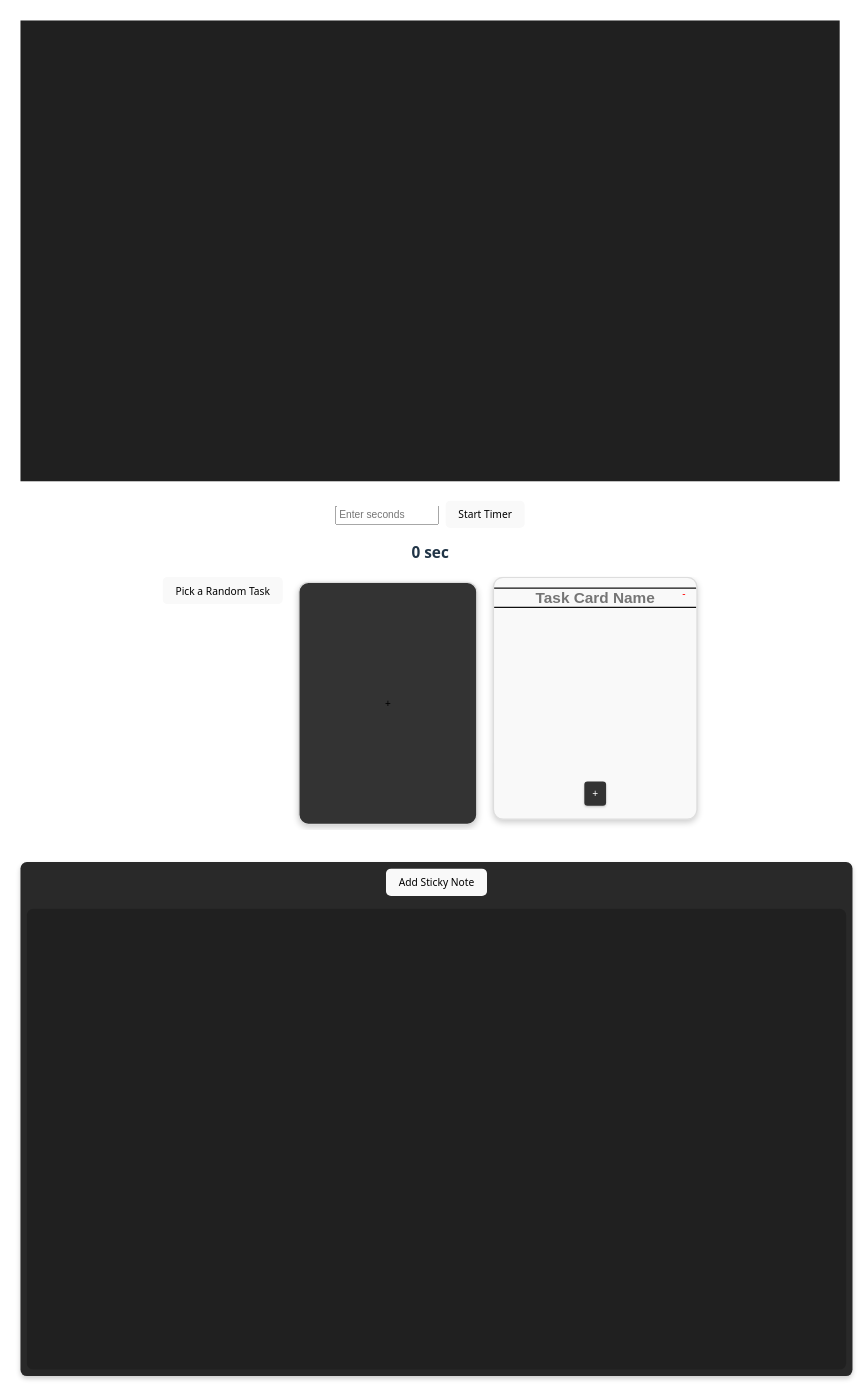
Repository: RamSivaSundaraKarthykeyan/Cards-Task
Page: /, after clicking the first element matching `button.task-card-add-button`
These files come from the project's save history. The page is drawn as it stood at one moment and after the next save; the edit follows.
The browser window is 1280 px wide. The page is 1344 px wide, so the pictures cover 1344 px, including what lies to the right of the window. The pictures show the whole page, at 64% of full size.
The project was rebuilt for these pictures with package versions that can differ from the ones it lists, and the page was loaded fresh each time. Also part of the build but not shown: vite.config.js, src/CSS/checkBox.css, src/components/CheckBox.jsx.

Above is the page before, as saved 2025-04-17 06:24:10.

### index.html
<!doctype html>
<html lang="en">
  <head>
    <meta charset="UTF-8" />
    <link rel="icon" type="image/svg+xml" href="/vite.svg" />
    <meta name="viewport" content="width=device-width, initial-scale=1.0" />
    <title>New To-Do</title>
  </head>
  <body>
    <div id="root"></div>
    <script type="module" src="/src/main.jsx"></script>
  </body>
</html>

### src/main.jsx
import React, { StrictMode } from "react";
import { createRoot } from "react-dom/client";
import "./CSS/index.css";
import App from "./App.jsx";

createRoot(document.getElementById("root")).render(
  <StrictMode>
    <App />
  </StrictMode>
);

### src/App.jsx
import React from "react";
import "./CSS/App.css";
import Deck from "./components/Deck.jsx";
import { TaskCardProvider } from "./context/TaskCardContext.jsx";
import Timer from "./components/Timer.jsx";
import StickyNotes from "./components/StickyNotes.jsx";

function App() {
  return (
    <>
      <div className="app-container"></div>
      <div className="sidebar">
        <Timer />
      </div>
      <div className="main-content">
        <TaskCardProvider>
          <Deck />
        </TaskCardProvider>
      </div>
      <div className="sticky-note">
        <StickyNotes />
      </div>
    </>
  );
}

export default App;

### src/CSS/App.css
#root {
  max-width: 1280px;
  margin: 0 auto;
  padding: 2rem;
  text-align: center;
}

.logo {
  height: 6em;
  padding: 1.5em;
  will-change: filter;
  transition: filter 300ms;
}
.logo:hover {
  filter: drop-shadow(0 0 2em #646cffaa);
}
.logo.react:hover {
  filter: drop-shadow(0 0 2em #61dafbaa);
}

@keyframes logo-spin {
  from {
    transform: rotate(0deg);
  }
  to {
    transform: rotate(360deg);
  }
}

@media (prefers-reduced-motion: no-preference) {
  a:nth-of-type(2) .logo {
    animation: logo-spin infinite 20s linear;
  }
}

.card {
  padding: 2em;
}

.read-the-docs {
  color: #888;
}

.app-container {
  display: flex;
  flex-direction: row;
  /* Left-to-right layout */
  width: 100vw;
  height: 100vh;
  background-color: #202020;
  /* Same dark background */
}

.main-content {
  flex: 1;
  /* Takes up remaining width */
  position: relative;
  overflow: hidden;
  /* Keep notes within the screen, or remove if you want scroll */
}

.sticky-note {
  margin-top: 50px;
  position: relative;
  /* Stays where you place it via top/left */
  width: 100%;
  /* Or any narrower size */
  min-height: 150px;
  background: #292929;
  /* The note’s color */
  padding: 10px;
  box-shadow: 0 4px 8px rgba(0, 0, 0, 0.2);
  cursor: move;
  user-select: none;
  border-radius: 10px;
  overflow: "hidden",
}

.sticky-note textarea {
  width: 100%;
  height: 100%;
  background: transparent;
  border: none;
  resize: none;
  outline: none;
  color: #000000;
  font-size: 14px;
}

### src/components/Deck.jsx
import React, { useRef, useEffect } from "react";
import TaskCard from "./TaskCard.jsx";
import { useTaskCardContext } from "../context/TaskCardContext.jsx";
import "../CSS/Deck.css";

function Deck() {
  const {
    taskCards,
    addTaskCard,
    removeTaskCard,
    pickRandomTaskCard,
    selectedTaskId,
  } = useTaskCardContext();

  const inputRef = useRef({});

  const handleAddTaskCard = () => {
    const newId =
      taskCards.length === 0 ? 1 : taskCards[taskCards.length - 1].id + 1;
    addTaskCard({ id: newId });
    inputRef.current[newId] = React.createRef();
  };

  const handlePickRandomTaskCard = () => {
    const randomTaskCard = pickRandomTaskCard();
    if (randomTaskCard) {
      alert(`random Task Card:\nIDl: ${randomTaskCard.id}`);
    } else {
      alert(`No Task Cards Available!`);
    }
  };

  useEffect(() => {
    if (taskCards.length > 0) {
      const lastTaskCard = taskCards[taskCards.length - 1];
      inputRef.current[lastTaskCard.id]?.current?.focus();
    }
  }, [taskCards]);

  return (
    <div
      style={{ display: "flex", flexWrap: "wrap", gap: "16px" }}
      className="deck"
    >
      <button onClick={handlePickRandomTaskCard}> Pick a Random Task </button>
      <button className="task-card-add-button" onClick={handleAddTaskCard}>
        +
      </button>
      {taskCards.map((tc) => (
        <TaskCard
          id={tc.id}
          key={tc.id}
          removeTask={() => removeTaskCard(tc.id)}
          inputRef={inputRef.current[tc.id]}
          isSelected={tc.id === selectedTaskId}
        />
      ))}
    </div>
  );
}

export default Deck;

### src/context/TaskCardContext.jsx
import React, { createContext, useContext, useState } from "react";

const TaskCardContext = createContext();

export function TaskCardProvider({ children }) {
  const [taskCards, setTaskCards] = useState([]);
  const [selectedTaskId, setSelectedTaskId] = useState(null);

  const addTaskCard = (taskCard) => setTaskCards((prev) => [...prev, taskCard]);
  const removeTaskCard = (id) =>
    setTaskCards((prev) => prev.filter((tc) => tc.id !== id));

  const pickRandomTaskCard = () => {
    if (taskCards.length === 0) return null;
    const randomIndex = Math.floor(Math.random() * taskCards.length);
    const randomCard = taskCards[randomIndex];
    setSelectedTaskId(randomCard.id);
    return randomCard;
  };

  return (
    // any component that consumes this context will have access to these value objects
    <TaskCardContext.Provider
      value={{
        taskCards,
        addTaskCard,
        removeTaskCard,
        pickRandomTaskCard,
        selectedTaskId,
      }}
    >
      {children}
    </TaskCardContext.Provider>
  );
}

export function useTaskCardContext() {
  return useContext(TaskCardContext);
}

### src/components/Timer.jsx
import React, { useState, useEffect, useRef } from "react";

function Timer() {
  // State to hold the remaining time (in seconds)
  const [time, setTime] = useState(0);
  // State to store the input value from the user
  const [inputValue, setInputValue] = useState("");
  // State to indicate if the timer is running
  const [isRunning, setIsRunning] = useState(false);

  // Ref to store the timer id from setTimeout so it can be cleared if needed
  const timerRef = useRef(null);
  // Ref to store the audio element so we can trigger playback
  const audioRef = useRef(null);

  // useEffect to handle the countdown
  useEffect(() => {
    // If the timer is running and time is not zero, schedule a timeout to decrease time by one second.
    if (isRunning && time > 0) {
      timerRef.current = setTimeout(() => {
        setTime(time - 1);
      }, 1000);
    }
    // When the time reaches zero while the timer is running, play the sound and stop the timer.
    else if (isRunning && time === 0) {
      // Play the sound if the audio element is ready
      if (audioRef.current) {
        audioRef.current.play();
      }
      setIsRunning(false);
    }
    // Cleanup function to clear the timeout if the component re-renders or unmounts.
    return () => clearTimeout(timerRef.current);
  }, [isRunning, time]);

  // Function to start the timer based on the user input
  const startTimer = () => {
    // Convert the input value to an integer (assuming the input is in seconds)
    const seconds = parseInt(inputValue, 10);
    if (!isNaN(seconds) && seconds > 0) {
      setTime(seconds);
      setIsRunning(true);
    }
  };

  return (
    <div style={{ textAlign: "center", marginTop: "30px" }}>
      <input
        type="number"
        value={inputValue}
        onChange={(e) => setInputValue(e.target.value)}
        placeholder="Enter seconds"
        style={{ fontSize: "16px", padding: "4px", width: "150px" }}
      />
      <button
        onClick={startTimer}
        style={{ marginLeft: "10px", fontSize: "16px" }}
      >
        Start Timer
      </button>
      <h2 style={{ marginTop: "20px" }}>{time} sec</h2>
      {/* Audio element plays sound when time is up. Ensure sound.mp3 is available in your public folder or change the src to a valid URL */}
      <audio ref={audioRef}>
        <source src="/alarm.mp3" type="audio/mpeg" />
        Your browser does not support the audio element.
      </audio>
    </div>
  );
}

export default Timer;

### src/components/StickyNotes.jsx
import React, { useState, useEffect, useRef } from "react";
import "../CSS/StickyNotes.css";

function StickyNotes() {
  const [notes, setNotes] = useState([]);
  const [draggingId, setDraggingId] = useState(null);
  const [offset, setOffset] = useState({ x: 0, y: 0 });
  const textareaRefs = useRef({});

  const addNote = () => {
    const newNote = {
      id: Date.now(),
      content: "",
      x: 50,
      y: 50,
    };
    setNotes([...notes, newNote]);

    setTimeout(() => {
      textareaRefs.current[newNote.id]?.focus();
    }, 0);
  };

  const handleMouseDown = (e, id) => {
    const note = notes.find((n) => n.id === id);
    if (note) {
      setDraggingId(id);
      setOffset({
        x: e.clientX - note.x,
        y: e.clientY - note.y,
      });
    }
  };

  const removeSN = (id) => {
    setNotes((prev) => prev.filter((sn) => sn.id !== id));
  };

  useEffect(() => {
    const handleMouseMove = (e) => {
      if (draggingId !== null) {
        setNotes((prevNotes) =>
          prevNotes.map((note) =>
            note.id === draggingId
              ? { ...note, x: e.clientX - offset.x, y: e.clientY - offset.y }
              : note
          )
        );
      }
    };

    const handleMouseUp = () => {
      setDraggingId(null);
    };

    if (draggingId !== null) {
      document.addEventListener("mousemove", handleMouseMove);
      document.addEventListener("mouseup", handleMouseUp);
    }

    return () => {
      document.removeEventListener("mousemove", handleMouseMove);
      document.removeEventListener("mouseup", handleMouseDown);
    };
  }, [draggingId, offset]);

  const updateContent = (id, content) => {
    setNotes((prevNotes) =>
      prevNotes.map((note) => (note.id === id ? { ...note, content } : note))
    );
  };

  return (
    <div>
      <button onClick={addNote} style={{ marginBottom: "20px" }}>
        Add Sticky Note
      </button>
      <div
        style={{
          position: "relative",
          height: "100vh",
          border: "none",
          background: "#202020",
          borderRadius: "10px",
          overflow: "hidden",
        }}
      >
        {notes.map((note) => (
          <div
            key={note.id}
            onMouseDown={(e) => handleMouseDown(e, note.id)}
            style={{
              position: "absolute",
              top: note.y,
              left: note.x,
              width: "200px",
              minHeight: "150px",
              background: "yellow",
              padding: "10px",
              cursor: "move",
              boxShadow: "0 4px 8px rgba(0,0,0,0.2)",
              userSelect: "none",
            }}
          >
            <textarea
              ref={(el) => (textareaRefs.current[note.id] = el)}
              value={note.content}
              onChange={(e) => updateContent(note.id, e.target.value)}
              placeholder="Enter your note"
              style={{
                width: "100%",
                height: "100%",
                background: "transparent",
                border: "none",
                resize: "none",
                outline: "none",
                color: "black",
              }}
            />
            <button className="remove-button" onClick={() => removeSN(note.id)}>
              x
            </button>
          </div>
        ))}
      </div>
    </div>
  );
}

export default StickyNotes;

### src/components/TaskCard.jsx
import React, { useState, useEffect, useRef } from "react";
import CheckBox from "./CheckBox.jsx";
import "../CSS/TaskCard.css";

function TaskCard({ id, removeTask, inputRef, isSelected }) {
  const [checkBoxes, setCheckBoxes] = useState([]);
  const [text, setText] = useState([""]); // the text state is an array that holds the text each checkBox
  const [headerText, setHeaderText] = useState("");
  const [checkBoxStatus, setCheckBoxStatus] = useState([]);
  const checkBoxRefs = useRef({});

  const addCheckBox = () => {
    const newId =
      checkBoxes.length === 0 ? 1 : checkBoxes[checkBoxes.length - 1].id + 1;
    setCheckBoxes([...checkBoxes, { id: newId }]);
    setText([...text, ""]); // the spread operator ... copies the current "text" array and appends a new empty string""
    setCheckBoxStatus([...checkBoxStatus, false]);
    checkBoxRefs.current[newId] = React.createRef();
  };

  const deleteCheckBox = (cbId) => {
    const index = checkBoxes.findIndex((cb) => cb.id === cbId);
    const updatedCheckBox = checkBoxes.filter((cb) => cb.id !== cbId);
    setCheckBoxes(updatedCheckBox);

    // It is a comman convention in JS to indicate that the parameter is unused,
    //  we use it here because we dont actually need the value of the element so it is used as a placeholder
    // "_" represents the current element of the array during iteration, "index" it is the index of the element in the array
    const updatedText = text.filter((_, index) => index !== id - 1);
    setText(updatedText);
    setCheckBoxStatus(checkBoxStatus.filter((_, i) => i !== index));

    delete checkBoxRefs.current[id];
  };

  const updatedText = (cbId, value) => {
    const index = checkBoxes.findIndex((cb) => cb.id === cbId);
    setText((prevText) => {
      const newText = [...prevText];
      newText[index] = value;
      return newText;
    });
  };

  const handleToggleCheckBox = (cbId) => {
    const index = checkBoxes.findIndex((cb) => cb.id === cbId);
    setCheckBoxStatus((prevStatus) => {
      const newStatus = [...prevStatus];
      newStatus[index] = !newStatus[index];
      return newStatus;
    });
  };

  const isCompleted =
    checkBoxes.length > 0 && checkBoxStatus.every((status) => status);

  useEffect(() => {
    if (checkBoxes.length > 0) {
      const lastCheckBox = checkBoxes[checkBoxes.length - 1];
      checkBoxRefs.current[lastCheckBox.id]?.current?.focus();
    }
  }, [checkBoxes]);

  if (isCompleted) {
    return (
      <div className={`task-card completed ${isSelected ? "selected" : ""}`}>
        <div className="completed-screen">
          <h3>Task Completed!</h3>
          <p>{headerText ? headerText : "No Title"}</p>
          <button onClick={removeTask}>Remove Task</button>
        </div>
      </div>
    );
  }

  return (
    <div
      className={`task-card ${isSelected ? "selected" : ""}`}
      style={isSelected ? { border: "2px solid #7ed67e" } : {}}
    >
      <label>
        <input
          type="text"
          placeholder="Task Card Name"
          value={headerText}
          onChange={(e) => setHeaderText(e.target.value)}
          className="card-title"
          style={{ borderBottom: "2px solid #rgb(0, 0, 0)" }}
          ref={inputRef}
        />
        <button className="remove-button" onClick={removeTask}>
          -
        </button>
      </label>

      <div className="checkbox-container">
        {checkBoxes.map((cb, index) => (
          <CheckBox
            id={cb.id}
            key={cb.id}
            removeCheckBox={() => deleteCheckBox(cb.id)}
            updatedText={(value) => updatedText(cb.id, value)}
            inputRef={checkBoxRefs.current[cb.id]}
            checked={checkBoxStatus[index] || false}
            onToggle={() => handleToggleCheckBox(cb.id)}
          />
        ))}
      </div>

      <button className="add-check-box-button" onClick={addCheckBox}>
        +
      </button>
    </div>
  );
}

export default TaskCard;

### src/CSS/Deck.css
.task-card-add-button {
    width: 280px;
    height: 380px;
    margin: 8px;
    display: flex;
    justify-content: center;
    align-items: center;
    border: 2px solid #ddd;
    border-radius: 16px;
    background: #333;
    box-shadow: 0 4px 10px rgba(0, 0, 0, 0.2);
    cursor: pointer;
    box-sizing: border-box;
}

.task-card-add-button:hover {
    transform: perspective(600px) rotateX(2deg);
    box-shadow: 0 6px 12px rgba(0, 0, 0, 0.2);
}

.deck {
    display: flex;
    flex-wrap: wrap;
    gap: 16px;
    justify-content: center;
    align-items: flex-start;
}

### src/CSS/StickyNotes.css
.remove-button{
    position: absolute;
    top: 5px;
    right:5px;
    background-color: transparent;
    border: none;
    color: red;
    box-shadow: none;
    cursor: pointer;
    font-size: 16px;
}

### src/CSS/TaskCard.css
.task-card {
    position: relative;
    width: 320px;
    height: 380px;
    justify-content: space-between;
    background: #f9f9f9;
    border: 2px solid #ddd;
    border-radius: 16px;
    display: flex;
    flex-direction: column;
    align-items: center;
    box-shadow: 0 4px 10px rgba(0, 0, 0, 0.2);
    padding: 20px;
    box-sizing: border-box;
    overflow-y: hidden;
    /* Initially hides the scrollbar */
    overflow-x: hidden;
    transition: overflow 0.2s ease;
    /* Smooth transition for hover effect */
}

.task-card:hover {
    overflow-y: auto;
    box-shadow: 0 6px 12px rgba(0, 0, 0, 0.2);
    transform: perspective(600px) rotateX(2deg);
}

.card-title {
    position: absolute;
    top: 16px;
    left: 50%;
    transform: translateX(-50%);
    font-size: 24px;
    font-family: 'Poppins', sans-serif;
    font-weight: bold;
    border-radius: 8px;
    text-align: center;
    width: auto;
    border: none;
    background-color: transparent;
    color: #333;
    margin-bottom: 25px;
}

.checkbox-container {
    display: flex;
    flex-direction: column;
    align-items: flex-start;
    gap: 10px;
    padding: 16px 8px;
    margin-top: 60px;
    /* Added margin to prevent overlap */
}

.checkbox-container input[type="checkbox"] {
    width: 16px;
    height: 16px;
    accent-color: #d63b3b;
    cursor: pointer;
}

.checkbox-container label {
    display: flex;
    align-items: center;
    gap: 8px;
    font-size: 14px;
}

.remove-button {
    position: absolute;
    top: 16px;
    right: 16px;
    background: #333;
    color: #fff;
    border: none;
    border-radius: 5px;
    padding: 8px 12px;
    font-size: 16px;
    cursor: pointer;
    box-shadow: 0 2px 4px rgba(0, 0, 0, 0.2);
}

.add-check-box-button {
    margin-top: 20px;
    background: #333;
    color: #fff;
    border: none;
    border-radius: 5px;
    padding: 8px 12px;
    font-size: 16px;
    cursor: pointer;
    box-shadow: 0 2px 4px rgba(0, 0, 0, 0.2);
}

.task-card::-webkit-scrollbar {
    width: 8px;
    /* Width of the scrollbar */
}

.task-card::-webkit-scrollbar-thumb {
    background: linear-gradient(45deg, #ff6f61, #d63b3b);
    /* Gradient color for the scrollbar thumb */
    border-radius: 4px;
    /* Rounded edges */
}

.task-card::-webkit-scrollbar-thumb:hover {
    background: linear-gradient(45deg, #d63b3b, #ff6f61);
    /* Change color on hover */
}

.task-card::-webkit-scrollbar-track {
    background: #f1f1f1;
    /* Light background for the scrollbar track */
    border-radius: 4px;
    /* Rounded edges */
}

.task-card.completed {
    border: 2px solid green;
    background-color: #7ed67e;
    color: #d63b3b;
}

.task-card.selected {
    /* Style for a selected task card */
    border-color: red;
    color: #d63b3b;
}

.completed-screen {
    text-align: center;
}

Loaded but not shown: src/index.css (common file)

After the next save:
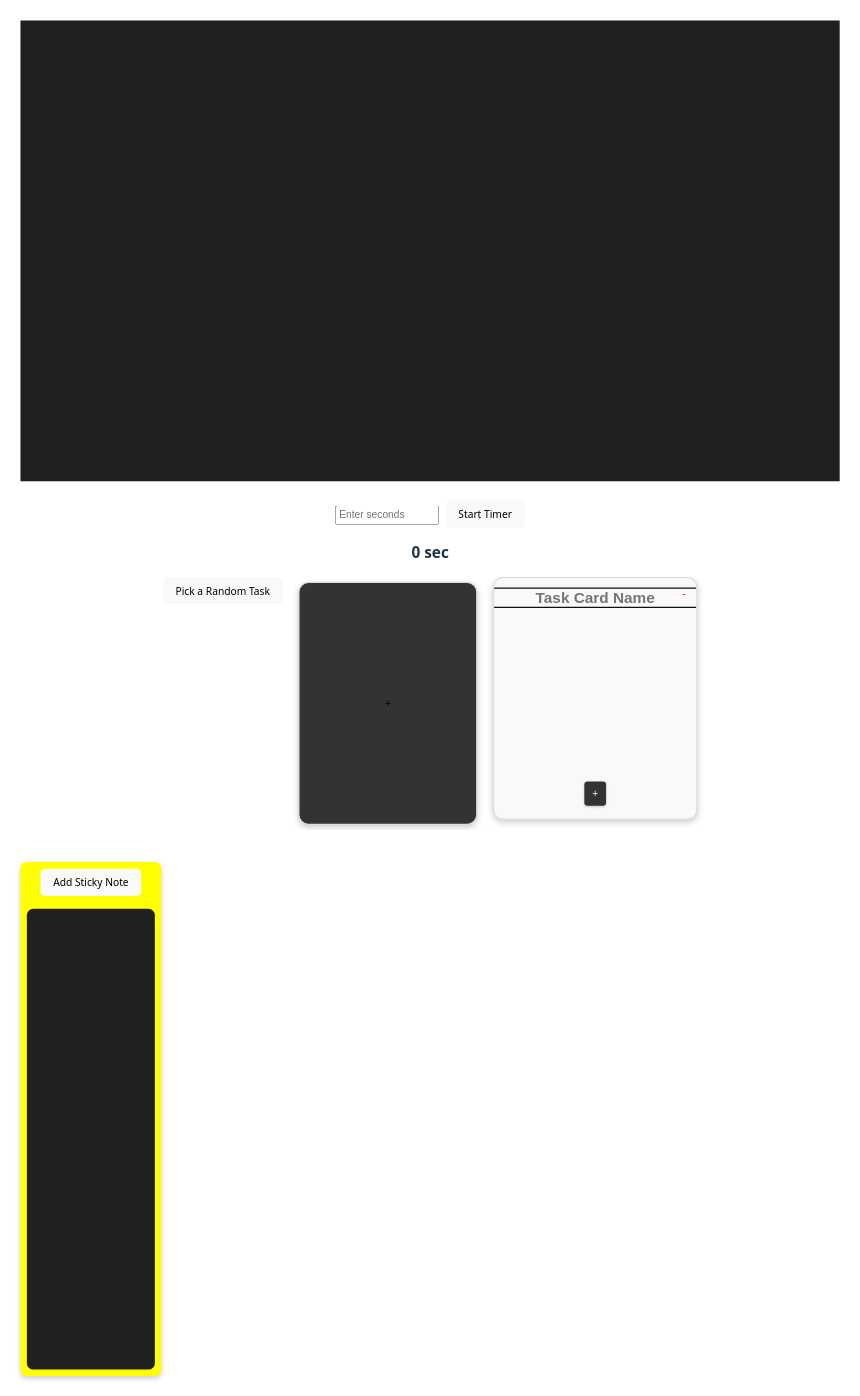
Saved 51 s later.
--- a/src/CSS/StickyNotes.css
+++ b/src/CSS/StickyNotes.css
@@ -9,3 +9,14 @@
     cursor: pointer;
     font-size: 16px;
 }
+
+.sticky-note {
+    position: relative;
+    /* Makes the remove button position relative to the note */
+    width: 200px;
+    min-height: 150px;
+    background: yellow;
+    padding: 10px;
+    box-shadow: 0 4px 8px rgba(0, 0, 0, 0.2);
+    user-select: none;
+}
